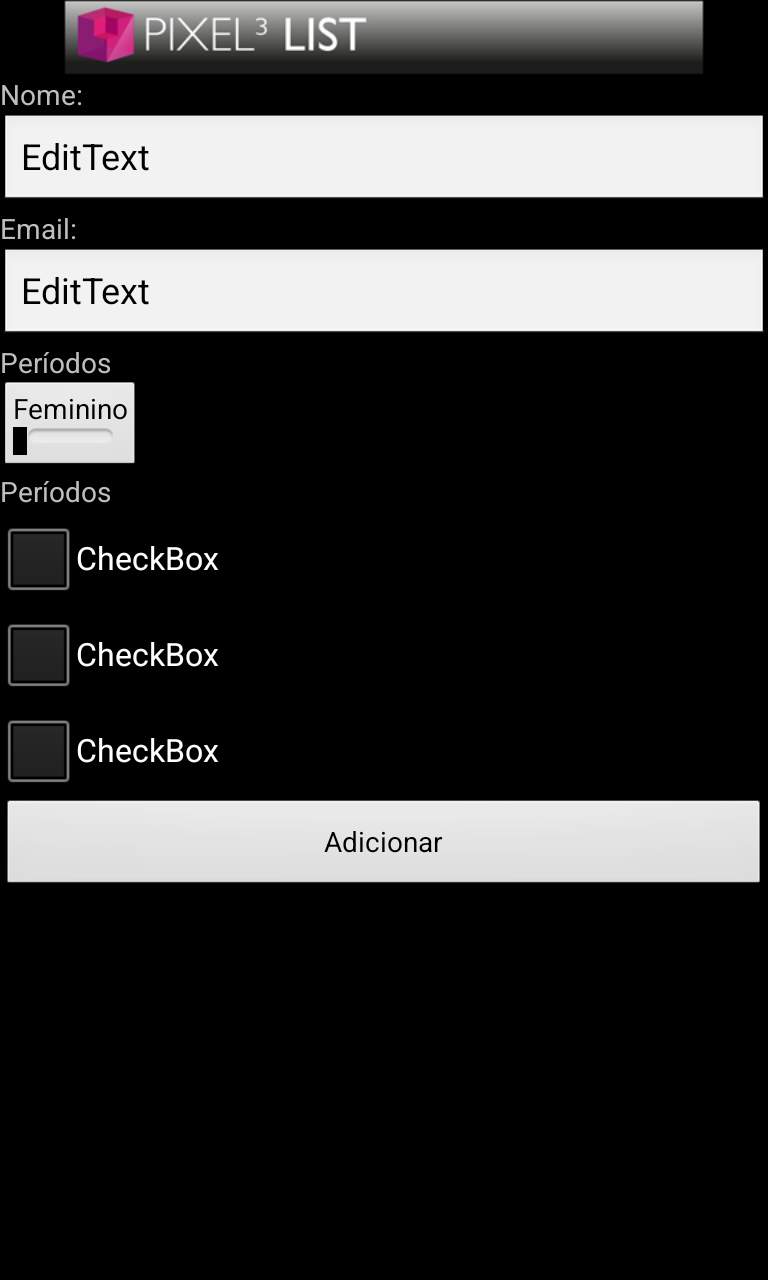
Repository: pixel3mobi/listaDigital
Layout: Pixel3List/res/layout/formaluno.xml
These files come from the project's save history. The layout is drawn as it stood at one moment and after the next save; the edit follows.
It is drawn on a 768 x 1280 px phone screen (xhdpi) without system bars, with theme android:Theme; the app's code is not run.

Above is the layout before, as saved 2011-03-22 15:50:18.

After the next save:
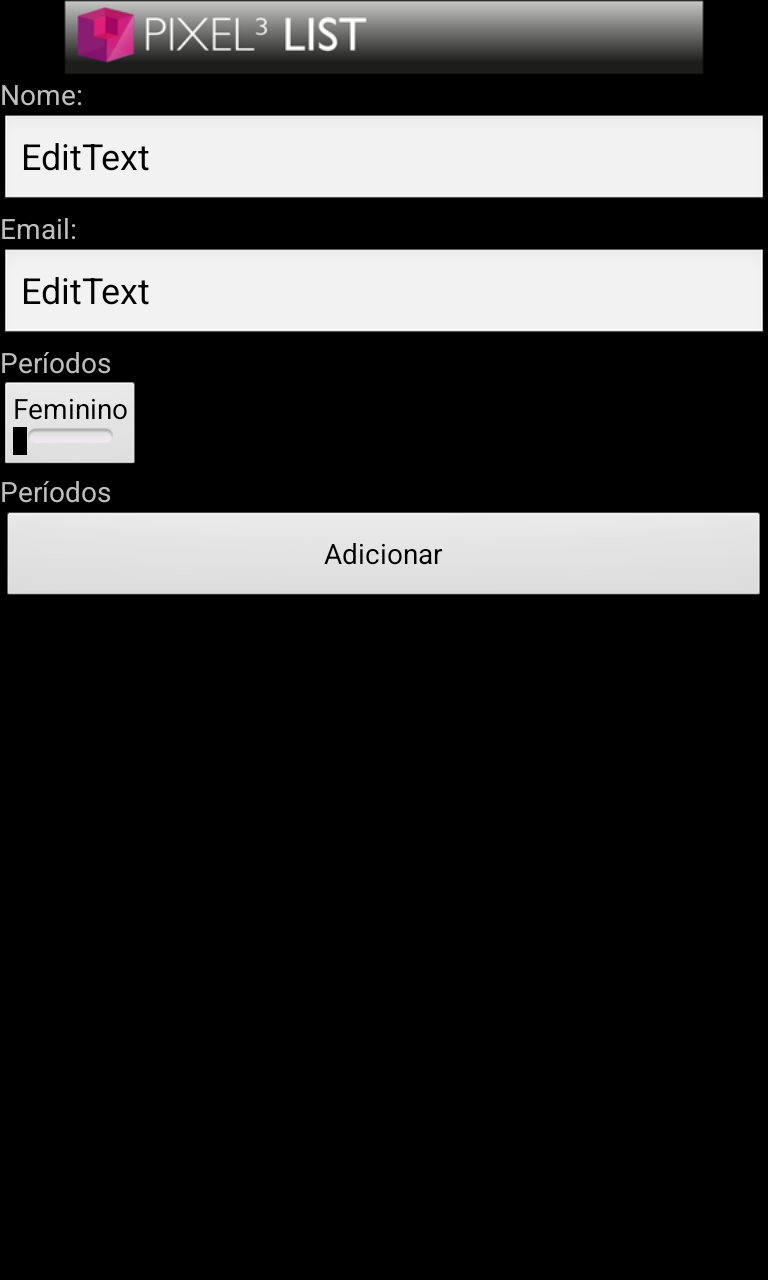
Saved 79 s later.
--- a/Pixel3List/res/layout/formaluno.xml
+++ b/Pixel3List/res/layout/formaluno.xml
@@ -69,24 +69,7 @@
 					android:orientation="vertical"
 					android:layout_width="fill_parent"
 					android:layout_height="wrap_content">
-					<CheckBox
-						android:text="CheckBox"
-						android:id="@+id/checkManha"
-						android:layout_width="fill_parent"
-						android:layout_height="wrap_content">
-					</CheckBox>
-					<CheckBox
-						android:text="CheckBox"
-						android:id="@+id/checkTarde"
-						android:layout_width="fill_parent"
-						android:layout_height="wrap_content">
-					</CheckBox>
-					<CheckBox
-						android:text="CheckBox"
-						android:id="@+id/checkNoite"
-						android:layout_width="fill_parent"
-						android:layout_height="wrap_content">
-					</CheckBox>
+
 				</LinearLayout>
 			</ScrollView>
 			<Button

After the save that followed:
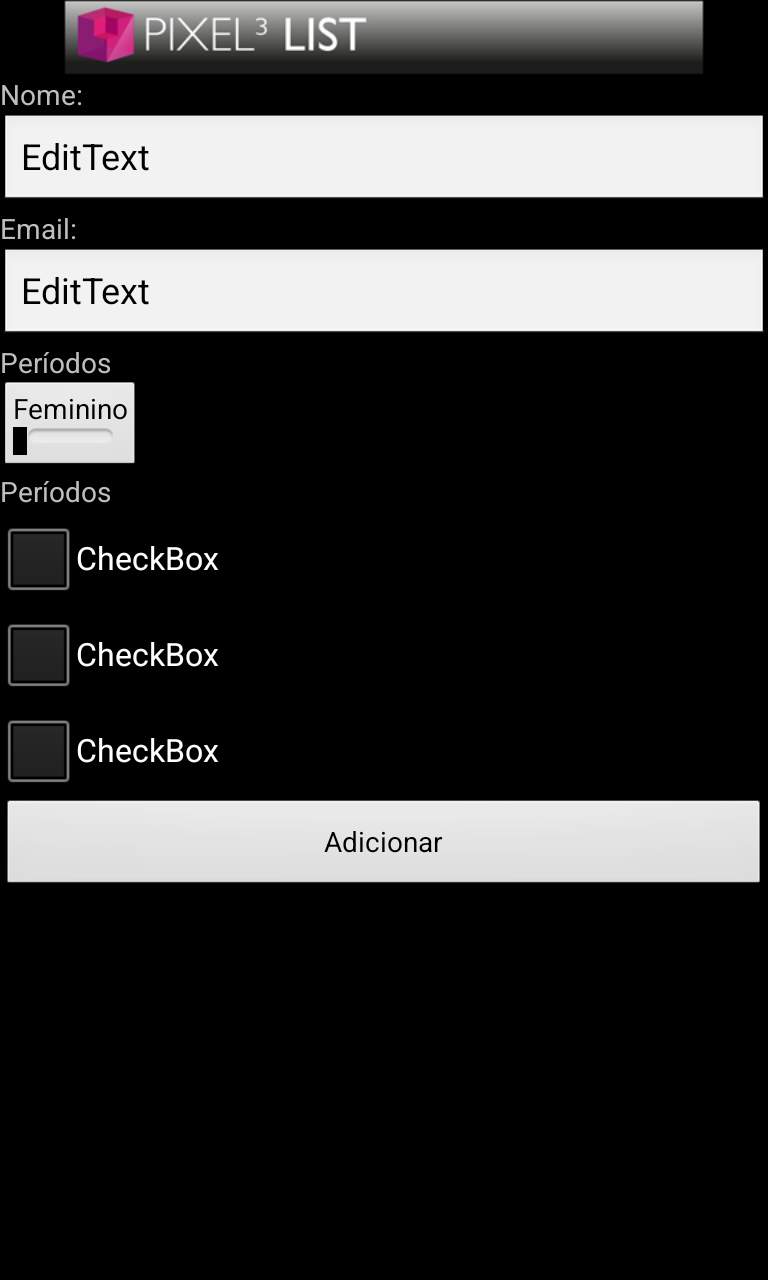
Saved 3 min 13 s later.
--- a/Pixel3List/res/layout/formaluno.xml
+++ b/Pixel3List/res/layout/formaluno.xml
@@ -69,7 +69,24 @@
 					android:orientation="vertical"
 					android:layout_width="fill_parent"
 					android:layout_height="wrap_content">
-
+					<CheckBox
+						android:text="CheckBox"
+						android:id="@+id/checkManha"
+						android:layout_width="fill_parent"
+						android:layout_height="wrap_content">
+					</CheckBox>
+					<CheckBox
+						android:text="CheckBox"
+						android:id="@+id/checkTarde"
+						android:layout_width="fill_parent"
+						android:layout_height="wrap_content">
+					</CheckBox>
+					<CheckBox
+						android:text="CheckBox"
+						android:id="@+id/checkNoite"
+						android:layout_width="fill_parent"
+						android:layout_height="wrap_content">
+					</CheckBox>
 				</LinearLayout>
 			</ScrollView>
 			<Button
